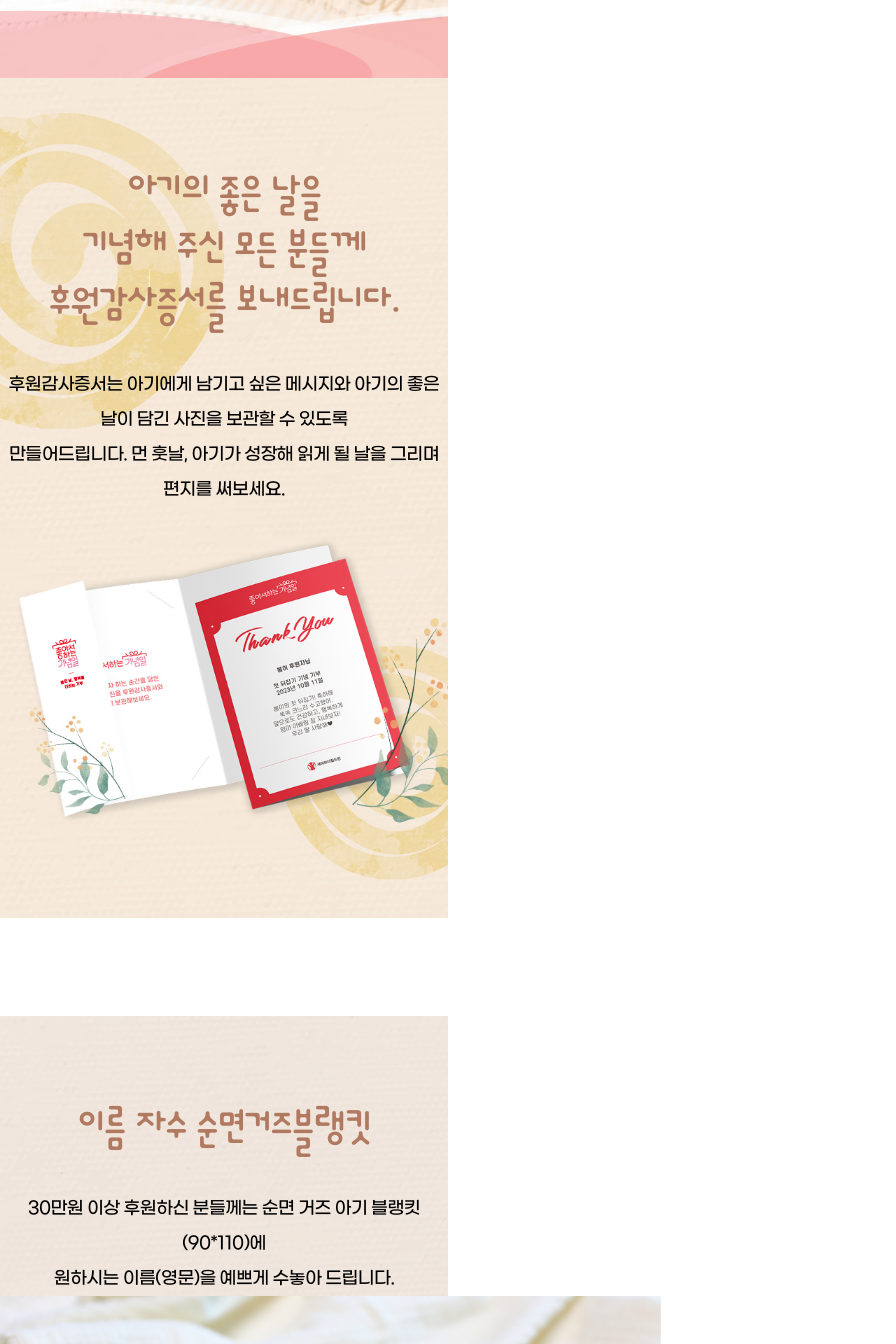
Repository: dlgywls1130/save_children_m
Page: index.html
An editor plug-in stored every save of this project. The page is shown before and after the next save, followed by the edit.
The browser window is 1280 px wide. The pictures show the part of the page from y = 3628 to 5548 px (the page is 9658 px tall before and 20318 px after), at 70% of full size.

Above is the page before, as saved 2023-12-13 19:15:21.

### index.html
<!DOCTYPE html>
<html lang="en">
<head>
    <meta charset="UTF-8">
    <meta name="viewport" content="width=device-width, initial-scale=1.0">
    <title>세이브더칠드런</title>

    <link rel="stylesheet" href="./css/reset.css">
    <link rel="stylesheet" href="./css/style.css">

</head>
<body>
    <div class="content_body">
        <section class="section_wrapper section01">
            <div class="se01 se_wrapper">
                <div class="se01_sub">
                    <div class="sub_logo">
                        <img src="./img/logo01.png" alt="logo">
                    </div>
                    <p>우리 아기 좋은 날 기부</p>
                </div>
                <p class="seo01_title">
                    아가야,
                </p>
                <p class="seo01_title_two">
                    너의 <span id="rollingText">탄생</span> 순간을 축하해!
                </p>
                <p class="section_descript mb-45">
                    아이의 건강과 행복을
                    <br>바라는 마음을 담아,
                    <br>탄생, 백일, 첫 걸음마, 첫돌 등
                    <br>내 아이의 소중한 순간을
                    <br>기부로 기념해보세요.
                    <br>함께 자라나는 다른 아이들
                    <br>에게도 큰 축복이 됩니다..
                </p>

                <a class="donation_link" href="javascript:void(0)">우리 아기 좋은 날 기부</a>
            </div>
        </section>
        <section class="section_wrapper section02">
            <div class="se02 se_wrapper">
                <div class="postit_wrapper">
                    <div class="postit postit01">
                        <p>우리 아들 우현이의<br>
                        200일을 축하해.<br>
                        건강하게 자라줘서 고마워 ❤<br>
                        늘 사랑받고 받은 사랑만큼<br>
                        베풀 수 있는 건강하고<br>
                        멋진 아들이 되길 바래!</p>
                    </div>
                    <div class="postit postit02">
                        <p>우리 새로아<Br>
                        백일 동안 무럭무럭 자라줘서<Br>
                        고마워~앞으로도 건강하고<Br>
                        우리 같이 재미있게 많이 놀자.<Br>
                        엄마,아빠가 많이 사랑해.</p>
                    </div>

                    <div class="postit postit05">
                        <p>사랑하는 도현이의<br>
                        첫 어린이날과 첫돌을<br>
                        기념하며, <br>
                        이웃을 사랑하는<br>
                        멋진 사람으로 자라길</p>

                    </div>
                    <div class="postit postit04">
                        <p>보미야<br>
                        첫 번째 생일 축하해<br>
                        너의 존재가 온 세상에<br>
                        봄이길 바랄게!   </p>
                    </div>

                    <div class="postit postit03">
                        <p>서진아<br>
                        우리에게 와줘서 고마워<br>
                        건강하고 행복하게 자라렴.<br>
                        사랑해♡      </p>
                    </div>

                </div>

            </div>
        </section>
        <section class="section_wrapper section03">
            <div class="se_wrapper se03">
                <div class="se_title_co">
                    아기의 좋은 날을<br> 기념해 주신 모든 분들께
                    <br>후원감사증서를 보내드립니다.
                </div>
                <div class="se_sub_co">
                    후원감사증서는 아기에게 남기고 싶은 메시지와 아기의 좋은 날이 담긴 사진을 보관할 수 있도록
                    <br>만들어드립니다. 먼 훗날, 아기가 성장해 읽게 될 날을 그리며 편지를 써보세요.
                </div>
            </div>

        </section>
        <section class="section_wrapper section04">
            <div class="se_wrapper se04">
                <div class="se_title_co">
                    이름 자수 순면거즈블랭킷
                </div>
                <div class="se_sub_co">
                    30만원 이상 후원하신 분들께는 순면 거즈 아기 블랭킷(90*110)에
                    <Br>원하시는 이름(영문)을 예쁘게 수놓아 드립니다.
                </div>

                <div class="se04_slide mt-85">
                    <div class="se04_slide_list">
                        <img src="./img/slide01.jpg">
                    </div>
                    <div class="se04_slide_list">
                        <img src="./img/slide02.jpg">
                    </div>
                    <div class="se04_slide_list">
                        <img src="./img/slide03.jpg">
                    </div>
                </div>
            </div>
        </section>
        <section class="section_wrapper section05">
            <div class="se_wrapper se05">
                <div class="se_title_co">
                    후원신청 과정
                </div>

                <div class="se_step_list">
                    <div class="se_step">
                        <p class="step_number">1</p>
                        <div class="step_ico">
                            <img src="./img/icon01.png" alt="img">
                        </div>
                        <p class="step_descript">
                            후원신청하기
                        </p>
                    </div>
                    <div class="se_step">
                        <p class="step_number">2</p>
                        <div class="step_ico">
                            <img src="./img/icon02.png" alt="img">
                        </div>
                        <p class="step_descript">
                            후원감사증서
                            <br>메시지 적기
                        </p>
                    </div>
                    <div class="se_step">
                        <p class="step_number">3</p>
                        <div class="step_ico">
                            <img src="./img/icon03.png" alt="img">
                        </div>
                        <p class="step_descript">
                            신청완료
                        </p>
                    </div>
                    <div class="se_step">
                        <p class="step_number">4</p>
                        <div class="step_ico">
                            <img src="./img/icon04.png" alt="img">
                        </div>
                        <p class="step_descript">
                            후원감사증서 발송
                            <Br>(1주 이내)
                        </p>
                    </div>
                </div>

                <div class="se_sub_co mt-100">
                    30만원 이상 후원해 주신 경우,
                    <br>감사 선물 수령 주소 및 아기 블랭킷에 새겨질 문구 확인을 위한 문자가 발송됩니다.
                </div>

                <a class="donation_link" href="javascript:void(0)">우리 아기 좋은 날 기부</a>
            </div>

        </section>
        <section class="section_wrapper section06">
            <div class="se_wrapper se06">
                <div class="se_title_co">
                    후원금, 이렇게 쓰여요!
                </div>
                <div class="se_sub_co">
                    세이브더칠드런은 <span>국내외 아동을 위한 교육,
                    <Br>보호, 보건영양지원, 아동권리옹호</span> 등의 활동을 해나가고 있습니다.
                </div>
                <div class="se_sub_co">
                    보내주신 후원금은 정치, 종교, 인종에 관계없이 모든 아이를 구해야 한다는
                    <Br>세이브더칠드런의 신념에 따라 <span>가장 도움 필요한 아이를 위해 우선 사용</span>됩니다.
                </div>
            </div>

        </section>
        <section class="section_wrapper section07">
            <div class="se_wrapper se07">
                <div class="se_title_co">
                    FAQ
                </div>
                <div class="accordion">
                    <div class="accordion-item">
                        <h3 class="title">
                            <span>1. 30만원 이상 후원했습니다. 거즈 순면 블랭킷은 언제 오나요?</span>
                            <img src="./img/top.png">
                        </h3>
                        <p class="paragraph">
                            우리아기 축하기부로 30만원 이상 후원자님들께는 담요에 수놓을 아기 이름과
                            <Br>선물 수령 주소 확인을 위한 문자가 발송됩니다.
                            <br>02-6900-4479로 발송되는 문자 속 설문조사에 답해주세요.
                            <br>확인을 완료하신 분들께는 블랭킷 제작을 담당하고 있는 조니 스튜디오에서
                            <br>아기 이름 자수 작업 완료 후 배송해 드립니다.

                        </p>
                    </div>
                    <div class="accordion-item">
                        <h3 class="title">
                            <span>2. 거즈 순면 블랭킷, 안전한 제품인가요?</span>
                            <img src="./img/top.png">
                        </h3>
                        <p class="paragraph">
                            본 블랭킷은 워싱된 3중 거즈로 제작되었으며, KC안전검사를 완료하였습니다.
                            소재 특성상 섬유 조각이 발생할 수 있어 망에 넣지 않고 3번 정도 물빨래 하시는 것을 권장합니다.

                        </p>
                    </div>
                    <div class="accordion-item">
                        <h3 class="title">
                            <span>3. 거즈 순면 블랭킷을 받았는 데 하자가 있어요. 어떻게 해야 하나요? </span>
                            <img src="./img/top.png">
                        </h3>
                        <p class="paragraph">
                            070-4220-4123 (조니스튜디오 CS)로 전화 연락 부탁드립니다. 하자 물품에 대한 교환은 수령일로부터 7일 이내에 조니스튜디오에 연락해주셔야 하며, 이로 인한 후원금 환불은 어렵습니다.
                        </p>
                    </div>
                    <div class="accordion-item">
                        <h3 class="title">
                            <span>4. 후원감사증서에 넣을 수 있는 사진 사이즈는 얼마인가요?</span>
                            <img src="./img/top.png">
                        </h3>
                        <p class="paragraph">
                            사진 인화 사이즈 5*7 인치에 맞추어서 제작되었습니다.  그보다 작은 사진일 경우, 후원감사증서
                            내부의 주머니에 넣어 보관하실 수도  있습니다.

                        </p>
                    </div>
                </div>
            </div>

        </section>
        <section class="section_wrapper section08">
            <div class="se_wrapper se08">
                <div class="se08_postion">
                    <p class="se08_title">우리 아기 좋은 날 기부</p>
                    <p class="se08_descript">
                        탄생, 백일, 첫 걸음마, 첫돌...
                        <br>소중한 우리 아기의 성장을 기념해 보세요!
                        <br>아기의 좋은 날이 모여 세상의 행복이 됩니다.
                    </p>
                    <a href="javascript:void(0)" class="more_btn">
                        <p>자세히보기</p>
                        <svg xmlns="http://www.w3.org/2000/svg" width="16" height="16" fill="currentColor" class="bi bi-chevron-right" viewBox="0 0 16 16">
                            <path fill-rule="evenodd" d="M4.646 1.646a.5.5 0 0 1 .708 0l6 6a.5.5 0 0 1 0 .708l-6 6a.5.5 0 0 1-.708-.708L10.293 8 4.646 2.354a.5.5 0 0 1 0-.708z"/>
                        </svg>
                    </a>
                </div>

            </div>
        </section>
    </div>

    <script src="https://ajax.googleapis.com/ajax/libs/jquery/1.12.4/jquery.min.js"></script>
    <script src="./js/main.js"></script>
</body>
</html>

### css/style.css

/* root */
:root{
    --main-color:#B17A60;
    --pink-color:#F79497;
}


/* font */

/* dongle */
@font-face {
    font-family: 'Dongle';
    font-weight: 300;
    src: url('../font/Dongle-Light.ttf') format('ttf'),
    url('../font/Dongle-Light.woff') format('woff');
}

@font-face {
    font-family: 'Dongle';
    font-weight: 500;
    src: url('../font/Dongle-Regular.ttf') format('ttf'),
    url('../font/Dongle-Regular.woff') format('woff');
}

@font-face {
    font-family: 'Dongle';
    font-weight: 700;
    src: url('../font/Dongle-Bold.ttf') format('ttf'),
    url('../font/Dongle-Bold.woff') format('woff');
}


/* Gmarket */
@font-face {
    font-family: 'GmarketSans';
    font-weight: 300;
    src: url('../font/GmarketSansLight.ttf') format('ttf'),
    url('../font/GmarketSansLight.woff') format('woff');
}

@font-face {
    font-family: 'GmarketSans';
    font-weight: 500;
    src: url('../font/GmarketSansMedium.ttf') format('ttf'),
    url('../font/GmarketSansMedium.woff') format('woff');
}

@font-face {
    font-family: 'GmarketSans';
    font-weight: 700;
    src: url('../font/GmarketSansBold.ttf') format('ttf'),
    url('../font/GmarketSansBold.woff') format('woff');
}


/* nanumsqure */

@font-face {
    font-family: 'NanumSquare';
    font-weight: 400;
    src: url('../font/NanumSquareL.ttf') format('ttf'),
    url('../font/NanumSquareL.woff') format('woff');
}

@font-face {
    font-family: 'NanumSquare';
    font-weight: 500;
    src: url('../font/NanumSquareR.ttf') format('ttf'),
    url('../font/NanumSquareR.woff') format('woff');
}

@font-face {
    font-family: 'NanumSquare';
    font-weight: 600;
    src: url('../font/NanumSquareB.ttf') format('ttf'),
    url('../font/NanumSquareB.woff') format('woff');
}

@font-face {
    font-family: 'NanumSquare';
    font-weight: 700;
    src: url('../font/NanumSquareEB.ttf') format('ttf'),
    url('../font/NanumSquareEB.woff') format('woff');
}



/* scdream5 */
@font-face {
    font-family: 'SCDream5';
    src: url('../font/SCDream5.woff') format('woff'),
    url('../font/SCDream5.ttf') format('ttf'),
    url('../font/SCDream5.otf') format('otf');
}


.section_wrapper{
    max-width:1920px;
    width: 100%;

}

.se_wrapper{
    max-width: 640px;
    width: 100%;
    position: relative;
    box-sizing: border-box;
}


/* section01 */


.section01{
    background: url('../img/back01.jpg') no-repeat;
    height: 940px;

}

.se01{
    padding: 145px 10px 92px 60px;
    box-sizing: border-box;
}
.se01_sub{
    display: flex;
    align-items: center;
    margin-bottom: 70px;
}

.sub_logo{
    width: 125px;
    height: 40px;
    margin-right: 10px;
}

.sub_logo img{
    width: 100%;
    height: 100%;
    object-fit: contain;
}

.se01_sub p{
    width: 190px;
    height: 30px;
    background: #B17A60;
    border-radius: 15px;
    display: flex;
    align-items: center;
    justify-content: center;
    letter-spacing: -0.03em;
    font-size: 15px;
    font-weight: 700;
    font-family: 'GmarketSans',sans-serif;
    color: #fff;
}

.seo01_title{
    font-family: 'Dongle',sans-serif;
    font-weight: 500;
    font-size: 120px;
    color: var(--main-color);
    letter-spacing: -0.03em;
}

.seo01_title_two{
    font-family: 'Dongle',sans-serif;
    font-weight: 500;
    font-size: 90px;
    color: var(--main-color);
    letter-spacing: -0.03em;
    margin-top: -7%;
    margin-bottom: 50px;
    display: flex;
    align-items: center;
}

.seo01_title_two span{
    margin: 0 1.5rem;
}
.section_descript{
    font-size: 20x;
    line-height: 30px;
    font-family: 'GmarketSans';
    font-weight: 500;
    letter-spacing: -0.03em;
    color: #000;
}

.donation_link{
    width: 300px;
    height: 50px;
    border-radius: 100px;
    display: flex;
    align-items: center;
    justify-content: center;
    background: var(--pink-color);
    color: #fff;
    font-family: 'GmarketSans';
    font-size: 20px;
    font-weight: 700;
    letter-spacing: -0.03em;
    text-decoration: none;
    margin: 145px auto 0;
}


@keyframes roll {
    from {
        transform: translateY(40%);
        opacity: 0;
    }
    to {
        transform: translateY(0);
        opacity: 1;
    }
  }


  #rollingText.animate-text {
    animation: roll 0.5s ease-in-out;
}

/* section02 */

.section02{
    height: 2800px;
    background: url('../img/back02.jpg') no-repeat;
}

.se02{
    box-sizing: border-box;
    height: 100%;
}
.postit_wrapper{
    width: 100%;
    padding: 76px 60px 96px;
    position: relative;
    display: flex;
    flex-direction: column;
    align-items: center;
}

.ex_text{
    font-family: 'GmarketSans';
    font-size: 20px;
    font-weight: 500;
    letter-spacing: -0.03em;
}


.postit p{
    font-family: 'SCDream5';
    font-size: 23px;
    line-height: 35px;
    text-align: center;
    display: flex;
    justify-content: center;
    align-items: center;
    height: 100%;
}

.postit01{
    background:url('../img/post04.png') no-repeat;
    width: 520px;
    height: 520px;
    background-size: contain;
    box-sizing: border-box;
}

.postit01 p{
    transform: rotate(358deg);
    padding-top: 20px;
}

.postit02{
    background: url('../img/post05.png') no-repeat;
    width: 510px;
    height: 510px;
    background-size: contain;
    box-sizing: border-box;
    margin-top: -19%;
}

.postit02 p{
    transform: rotate(10deg);
    padding-top: 20px;
}

.postit03{
    background:url('../img/post02.png') no-repeat;
    width: 459px;
    height: 459px;
    background-size: contain;
    box-sizing: border-box;
    margin-top: -25%;
    transform: rotate(-14deg);
}

.postit03 p{
    transform: rotate(7deg);
    padding-top: 20px;
}

.postit04{
    background: url(../img/post03.png) no-repeat;
    width: 440px;
    height: 440px;
    background-size: cover;
    box-sizing: border-box;
    margin-top: -24%;
    transform: rotate(14deg);
}

.postit04 p{
    transform: rotate(354deg);
}

.postit05{
    background:url('../img/post01.png') no-repeat;
    width: 460px;
    height: 460px;
    background-size: contain;
    box-sizing: border-box;
    margin-top: -22%;
}

.postit05 p{
    transform: rotate(-9deg);
    padding-top: 20px;
}

/* section03 */

.section03{
    height: 1340px;
    background: url('../img/back03.jpg') no-repeat;
}

.se03{
    padding: 123px 0 96px;
    box-sizing: border-box;
    height: 100%;
}


.se_title_co{
    font-size: 80px;
    line-height: 80px;
    letter-spacing: -0.03em;
    font-family: 'Dongle';
    font-weight: 500;
    color: var(--main-color);
    text-align: center;
}

.se_sub_co{
    font-size: 25px;
    letter-spacing: -0.03em;
    line-height: 50px;
    font-family: 'GmarketSans';
    font-weight: 500;
    text-align: center;
    margin-top: 50px;
}

/* section04 */

.section04{
    height: 1340px;
    background: url('../img/back05.jpg') no-repeat;
}

.se04{
    padding: 120px 0 130px;
    box-sizing: border-box;
    height: 100%;
}

.se04_slide{
    width: 944px;
    margin: 0 auto;
}


.slick-prev,
.slick-next {
    background: transparent;
    border: none;
    cursor: pointer;
    font-size: 0;
}

.slick-prev {

    width: 48px;
    height: 40px;
    position: absolute;
    left: -6%;
    top: 50%;
    transform: translateY(-50%);
    z-index: 1;
    background-size: contain;
}

.slick-next {

    width: 48px;
    height: 40px;
    position: absolute;
    right: -6%;
    top: 50%;
    transform: translateY(-50%);
    background-size: contain;
}

.slick-next  img,
.slick-prev img{
    width: 100%;
    height: 100%;
    object-fit: contain;
}

/* section05 */
.section05{
    height: 1080px;
    background: url('../img/back07.jpg') no-repeat;
}

.se05{
    padding: 150px 0 140px;
    box-sizing: border-box;
    height: 100%;
}

.se_step_list{
    display: flex;
    align-content: center;
    column-gap: 88px;
    margin-top: 90px;
    position: relative;
}

.se_step_list::after{
    position: absolute;
    content: '';
    top: 38%;
    transform: translate(0,-50%);
    border-top: 2px dashed var(--pink-color);
    width: 100%;
}

.se_step_list .se_step{
    position: relative;
}

.step_number{
    font-size: 25px;
    letter-spacing: -0.03em;
    line-height: 35px;
    font-weight: 700;
    font-family: 'GmarketSans';
    position: absolute;
    left: 19%;
    top: 0;
    color: var(--main-color);
    z-index: 2;
}

.se_step_list .se_step .step_ico{
    width: 200px;
    height: 200px;
    border-radius: 50%;
    background-color: #fff;
    display: flex;
    align-items: center;
    justify-content: center;
    position: relative;
    z-index: 1;
}

.se_step_list .se_step .step_ico img {
    width: 138px;
    height: 138px;
    object-fit: contain;
    object-position: 73%;
}

.step_descript{
    font-size: 20px;
    letter-spacing: -0.03em;
    line-height: 23px;
    font-weight: 500;
    font-family: 'GmarketSans';
    text-align: center;
    margin-top: 20px;
    color: var(--main-color);
}

.se_step_list .se_step:first-child .step_ico::before{
    display: none;
}

.se_step_list .se_step:last-child .step_ico::after{
    display: none;
}

.se_step_list .step_ico::before{
    position: absolute;
    content: '';
    top: 50%;
    left: -5px;
    transform: translate(0,-50%);
    width: 10px;
    height: 10px;
    border-radius: 50%;
    background-color: var(--pink-color);
}


.se_step_list .step_ico::after{
    position: absolute;
    content: '';
    top: 50%;
    right: -5px;
    transform: translate(0,-50%);
    width: 10px;
    height: 10px;
    border-radius: 50%;
    background-color: var(--pink-color);
}

/* section06 */
.section06{
    height:700px;
    background: url('../img/back06.jpg') no-repeat;
}

.se06{
    padding: 150px 0;
    height: 100%;
    box-sizing: border-box;
}


.se_sub_co span{
    font-weight: 700;
}
/* section07 */

.section07{
    height:1080px;
    background: url('../img/back02.jpg') no-repeat;
}

.se07{
    padding: 100px 0;
    height: 100%;
    box-sizing: border-box;
}


.accordion{
    margin-top: 80px;
}
.accordion-item {
    padding:15px 0;
    margin: 0;
    overflow: hidden;
}

.accordion-item .title {
    display: flex;
    justify-content: space-between;
    align-items: center;
    font-weight: 700;
    font-size: 30px;
    letter-spacing: -0.03em;
    cursor: pointer;
    width: 100%;
    height: 80px;
    border-radius: 50px;
    background-color: #fff;
    color: var(--main-color);
    padding: 0 30px;
    font-family: 'GmarketSans';
    box-sizing: border-box;
}

.accordion-item .title img {
    font-size: 0.9rem;
    color: #454545;
    transform: rotate(0);
    transition: transform 0.15s ease;
}

.accordion-item .paragraph {
    font-weight: 500;
    font-size: 25px;
    letter-spacing: -0.03em;
    color: #000;
    display: none;
    padding: 50px 70px 35px;
    list-style: inside;
    line-height: 50px;
    font-family: 'GmarketSans';
}

.accordion-item .paragraph .indent{
    text-indent: 1rem;
}


.accordion-item .paragraph span{
    font-weight: bold;
}

.accordion-item.active .title img{
    transform: rotate(180deg);
}

.accordion-item.active .paragraph {
    display: block;
}


/* section08 */

.section08{
    height:378px;
    background: url('../img/banner.jpg') no-repeat;
}
.se08{
    position: relative;
    height: 100%;
}

.se08_postion{
    position: absolute;
    top: 80px;
    left: 50%;
}

.se08_title{
    font-family: 'NanumSquare';
    font-weight: 600;
    font-size: 23px;
    letter-spacing: -0.05em;
    line-height: 50px;
    position: relative;
}

.se08_title::before{
    position: absolute;
    content: '';
    top: -7px;
    width: 32px;
    height: 3px;
    background-color:#543F2C;
    left: 0;
}

.se08_descript{
    font-family: 'NanumSquare';
    font-weight: 500;
    font-size: 19px;
    line-height: 28px;
    letter-spacing: -0.06em;
}

.more_btn{
    margin-top: 38px;
    width: 150px;
    height: 40px;
    background: #543F2C;
    display: flex;
    align-items: center;
    justify-content: center;
    text-decoration: none;
}

.more_btn p{
    font-family: 'NanumSquare';
    font-weight: 500;
    font-size: 18px;
    color: #fff;

}

.more_btn svg{
    fill: #fff;
}

Loaded but not shown: js/main.js (46 lines, source omitted); css/reset.css (45 lines, source omitted)

After the next save:
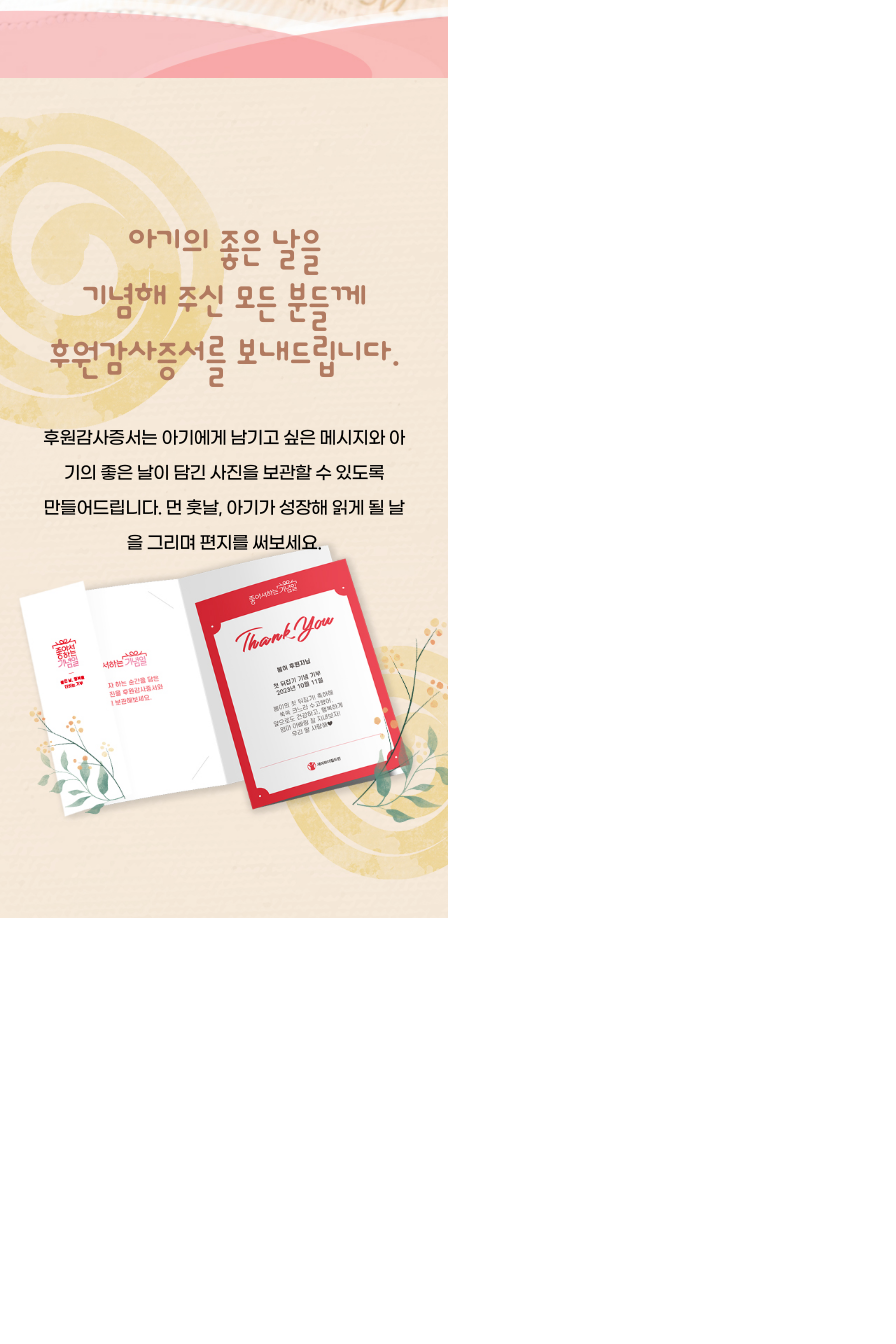
Saved 86 s later.
--- a/css/style.css
+++ b/css/style.css
@@ -333,12 +333,12 @@
 /* section03 */
 
 .section03{
-    height: 1340px;
+    height: 12000px;
     background: url('../img/back03.jpg') no-repeat;
 }
 
 .se03{
-    padding: 123px 0 96px;
+    padding: 200px 60px 96px;
     box-sizing: border-box;
     height: 100%;
 }
